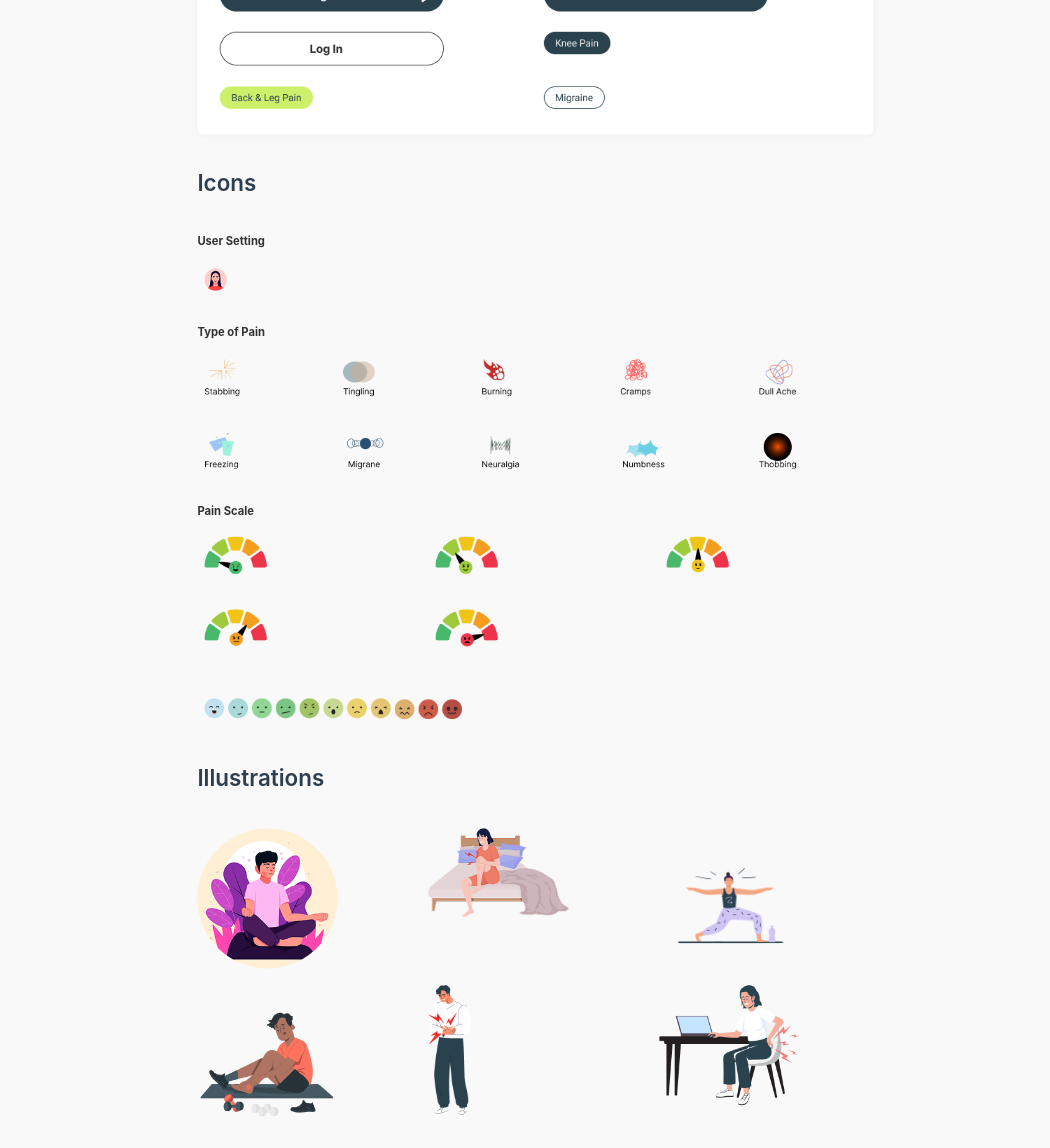
Repository: rosielee09/Heal_U
Page: graphics.html
These files come from the project's save history. The page is drawn as it stood at one moment and after the next save; the edit follows.
The browser window is 1280 px wide. The page is 1500 px wide, so the pictures cover 1500 px, including what lies to the right of the window. The pictures show the part of the page from y = 1308 to 2948 px (the page is 4458 px tall before and 4538 px after), at 70% of full size.

Above is the page before, as saved 2025-04-06 11:02:34.

After the next save:
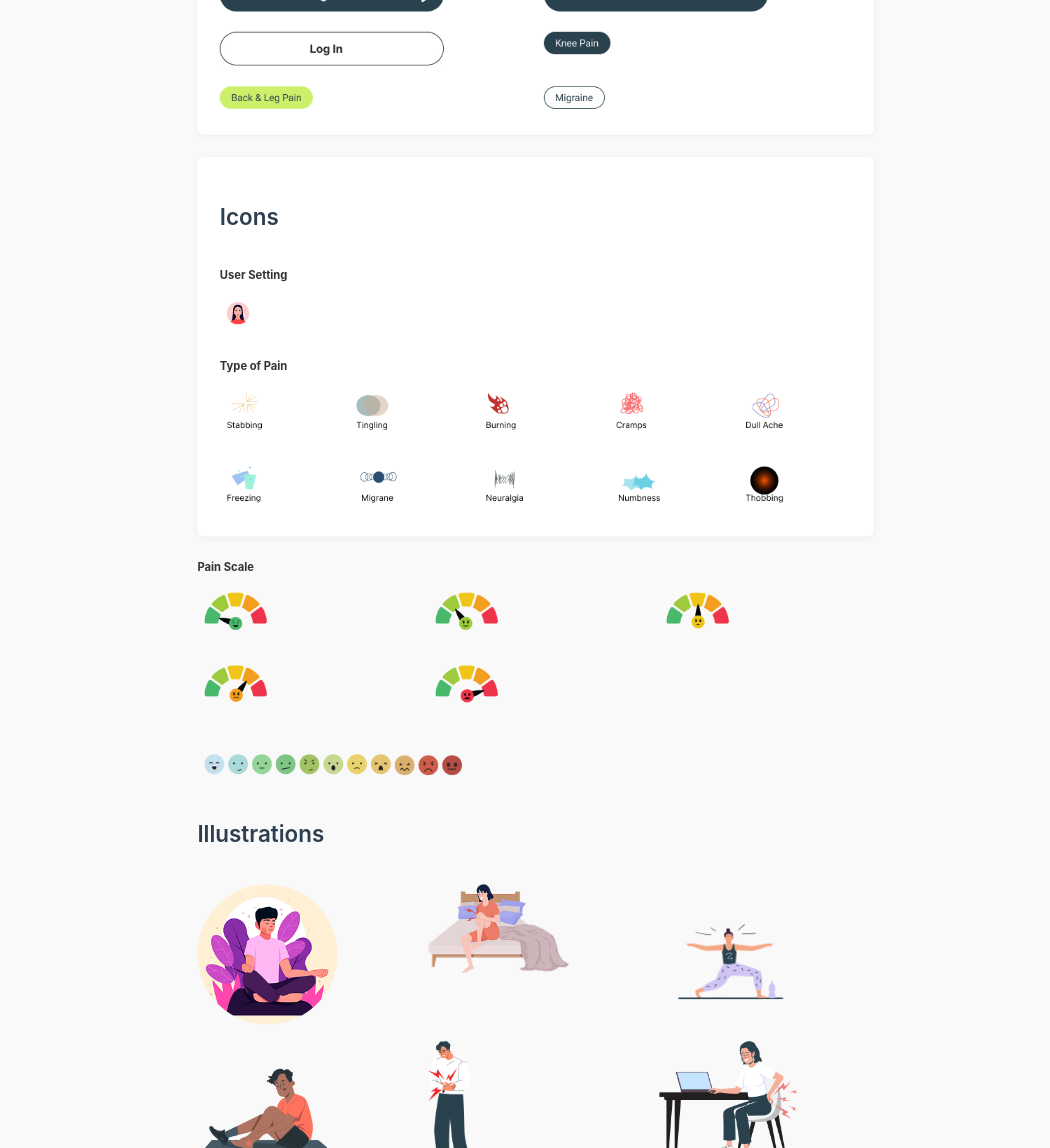
Saved 39 s later.
--- a/graphics.html
+++ b/graphics.html
@@ -88,7 +88,7 @@
         </div>
     </div>
 <!-- button section -->
-<div class="component">
+            <div class="component">
                 <section class="component-section">
                     <h3 class="component-title">Buttons </h3>
 
@@ -116,49 +116,50 @@
                 </section>
             </div>
 
-            <section class="component-section">
-                <h3 class="component-title">Icons </h3>
-                <h4 class="graphic-title">User Setting</h4>
-                <div class="graphic-item">
-                    <img class="graphic-icons" src="/img/Appovation - icons/user setting icon.png" alt="pain_type_icon">
-                </div>
-
-                <h4 class="graphic-title">Type of Pain</h4>
-                <div class="graphic-grid__icons">
-
-                    <div class="graphic-item">
-                        <img class="graphic-icons" src="/img/Appovation - icons/Icon-stabbing.png" alt="pain_type_icon">
-                    </div>
-                    <div class="graphic-item">
-                        <img class="graphic-icons" src="/img/Appovation - icons/Icon-tingling.png" alt="pain_type_icon">
-                    </div>
-                    <div class="graphic-item">
-                        <img class="graphic-icons" src="/img/Appovation - icons/Icon_Burning.png" alt="pain_type_icon">
-                    </div>
-                    <div class="graphic-item">
-                        <img class="graphic-icons" src="/img/Appovation - icons/Icon_Cramps.png" alt="pain_type_icon">
-                    </div>
-                    <div class="graphic-item">
-                        <img class="graphic-icons" src="/img/Appovation - icons/Icon_dull ache.png" alt="pain_type_icon">
-                    </div>
-                    <div class="graphic-item">
-                        <img class="graphic-icons" src="/img/Appovation - icons/Icon_freezing.png" alt="pain_type_icon">
-                    </div>
-                    <div class="graphic-item">
-                        <img class="graphic-icons" src="/img/Appovation - icons/Icon_Migrane.png" alt="pain_type_icon">
-                    </div>
-                    <div class="graphic-item">
-                        <img class="graphic-icons" src="/img/Appovation - icons/Icon_neuralgia.png" alt="pain_type_icon">
-                    </div>
-                    <div class="graphic-item">
-                        <img class="graphic-icons" src="/img/Appovation - icons/Icon_numbness.png" alt="pain_type_icon">
-                    </div>
-                    <div class="graphic-item">
-                        <img class="graphic-icons" src="/img/Appovation - icons/Icon_thobbing.png" alt="pain_type_icon">
-                    </div>
-
-                </div>
-
+            <div class="component">
+                <section class="component-section">
+                    <h3 class="component-title">Icons </h3>
+                    <h4 class="graphic-title">User Setting</h4>
+                    <div class="graphic-item">
+                        <img class="graphic-icons" src="/img/Appovation - icons/user setting icon.png" alt="pain_type_icon">
+                    </div>
+
+                    <h4 class="graphic-title">Type of Pain</h4>
+                    <div class="graphic-grid__icons">
+
+                        <div class="graphic-item">
+                            <img class="graphic-icons" src="/img/Appovation - icons/Icon-stabbing.png" alt="pain_type_icon">
+                        </div>
+                        <div class="graphic-item">
+                            <img class="graphic-icons" src="/img/Appovation - icons/Icon-tingling.png" alt="pain_type_icon">
+                        </div>
+                        <div class="graphic-item">
+                            <img class="graphic-icons" src="/img/Appovation - icons/Icon_Burning.png" alt="pain_type_icon">
+                        </div>
+                        <div class="graphic-item">
+                            <img class="graphic-icons" src="/img/Appovation - icons/Icon_Cramps.png" alt="pain_type_icon">
+                        </div>
+                        <div class="graphic-item">
+                            <img class="graphic-icons" src="/img/Appovation - icons/Icon_dull ache.png" alt="pain_type_icon">
+                        </div>
+                        <div class="graphic-item">
+                            <img class="graphic-icons" src="/img/Appovation - icons/Icon_freezing.png" alt="pain_type_icon">
+                        </div>
+                        <div class="graphic-item">
+                            <img class="graphic-icons" src="/img/Appovation - icons/Icon_Migrane.png" alt="pain_type_icon">
+                        </div>
+                        <div class="graphic-item">
+                            <img class="graphic-icons" src="/img/Appovation - icons/Icon_neuralgia.png" alt="pain_type_icon">
+                        </div>
+                        <div class="graphic-item">
+                            <img class="graphic-icons" src="/img/Appovation - icons/Icon_numbness.png" alt="pain_type_icon">
+                        </div>
+                        <div class="graphic-item">
+                            <img class="graphic-icons" src="/img/Appovation - icons/Icon_thobbing.png" alt="pain_type_icon">
+                        </div>
+
+                </div>
+            </div>
 
                 <h4 class="graphic-title">Pain Scale</h4>
                 <div class="graphic-grid">
